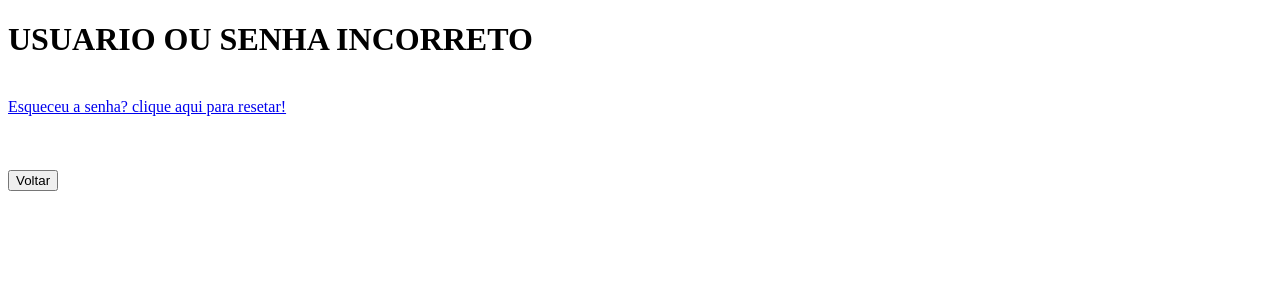
Repository: marceloms17/Health-track
Page: http://localhost/MMS_HealthTrack/ErrorUsuSenha.jsp
These files come from the project's save history. The page is drawn as it stood at one moment and after the next save; the edit follows.
The browser window is 1280 px wide. The pictures show the whole page.
The page is served by Tomcat 9.

Above is the page before, as saved 2017-11-15 23:04:53.

### MMS_HealthTrack/WebContent/ErrorUsuSenha.jsp
<%@ page language="java" contentType="text/html; charset=ISO-8859-1"
    pageEncoding="ISO-8859-1"%>
<!DOCTYPE html PUBLIC "-//W3C//DTD HTML 4.01 Transitional//EN" "http://www.w3.org/TR/html4/loose.dtd">
<html>
<head>
<meta http-equiv="Content-Type" content="text/html; charset=ISO-8859-1">
<title>Usuario ou senha incorretos</title>
</head>
<body>
	<form action="">
	<Div>
	<h1> USUARIO OU SENHA INCORRETO
	</h1>

	</Div>
		<div class="cols-sm-10">
			<br>
			 <a href="esqueciasenha.jsp" class="forgot-password">
              Esqueceu a senha? clique aqui para resetar! </br >
			 </a>
		 </div>
	 <br>
	 <br>
	 <br>
    <div class="cols-sm-10">
	<a href="index.jsp"> <button class="btn btn-lg btn-primary btn-block btn-signin" type="submit">Voltar</button></a>
	</div>
	</form>
</body>
</html>

After the next save:
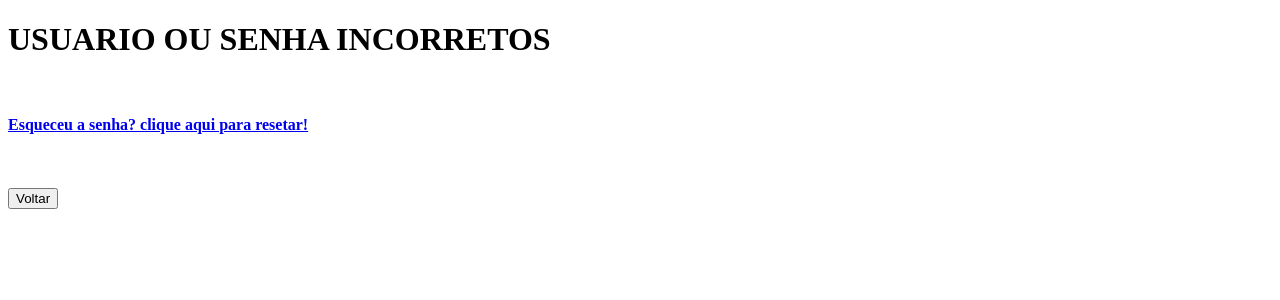
Saved 20 s later.
--- a/MMS_HealthTrack/WebContent/ErrorUsuSenha.jsp
+++ b/MMS_HealthTrack/WebContent/ErrorUsuSenha.jsp
@@ -9,9 +9,8 @@
 <body>
 	<form action="">
 	<Div>
-	<h1> USUARIO OU SENHA INCORRETO
-	</h1>
-
+	<h1> <B> USUARIO OU SENHA INCORRETOS</h1>
+	<BR>
 	</Div>
 		<div class="cols-sm-10">
 			<br>
